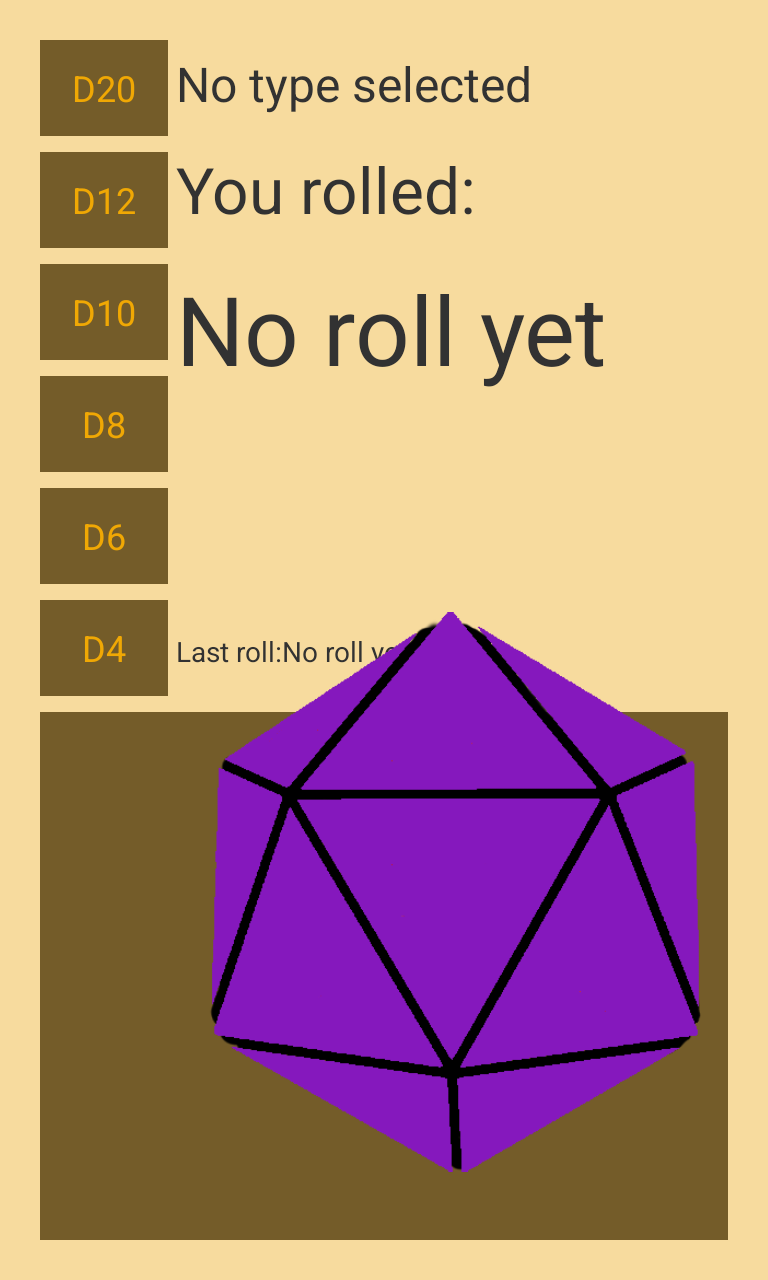
Repository: Bjodol/Roller
Layout: Roller3/res/layout/activity_main.xml
The author's editor kept a copy of each file at every save. The layout is drawn from the files as they stood at one save, then again after the next save.
It is drawn on a 768 x 1280 px phone screen (xhdpi) without system bars, with theme AppTheme; the app's code is not run. The app's manifest (not shown) leaves right-to-left support off. So textAlignment, textDirection and layoutDirection are ignored, and left and right values win over start and end ones.

Above is the layout before, as saved 2013-08-31 09:27:40.

After the next save:
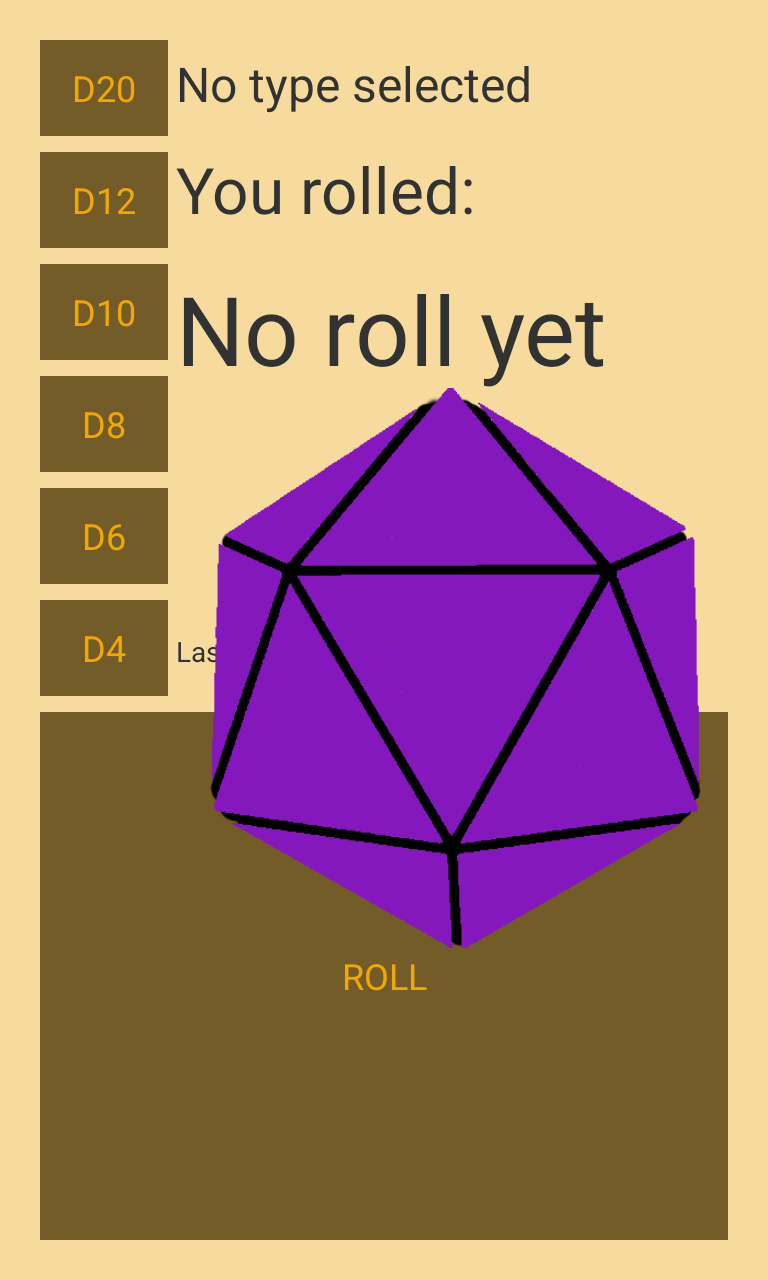
Saved 13 s later.
--- a/Roller3/res/layout/activity_main.xml
+++ b/Roller3/res/layout/activity_main.xml
@@ -151,8 +151,8 @@
         android:id="@+id/purpleDice"
         android:layout_width="wrap_content"
         android:layout_height="wrap_content"
-        android:layout_toRightOf="@id/d6"
-        android:layout_alignBaseline="@id/d6"
+        android:layout_toRightOf="@id/d10"
+        android:layout_alignBaseline="@id/d10"
         android:layout_alignParentRight="true"
         android:src="@drawable/purple_dice" />
 
